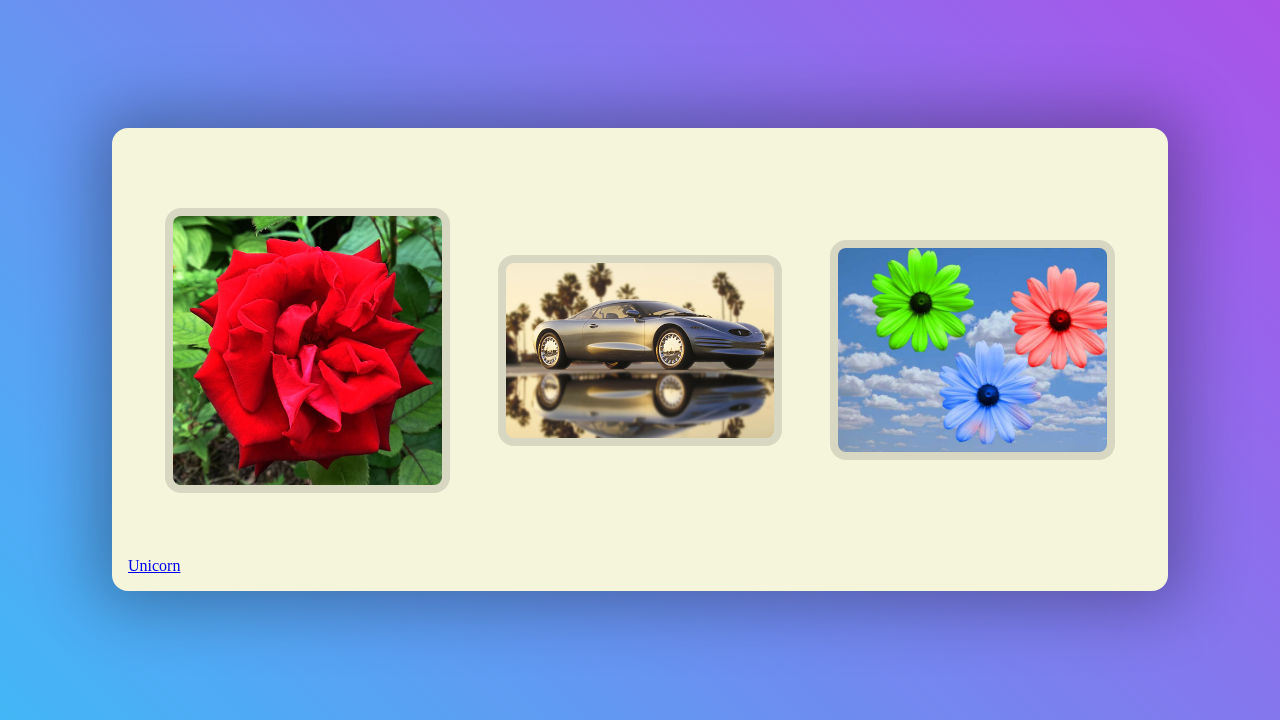
Repository: ViggoSkj/VGY
Page: ovningar/photoshopovning/photoshopovning.html
These files come from the project's save history. The page is drawn as it stood at one moment and after the next save; the edit follows.
The browser window is 1280 px wide. The pictures show the whole page.

Above is the page before, as saved 2022-11-27 12:19:31.

After the next save:
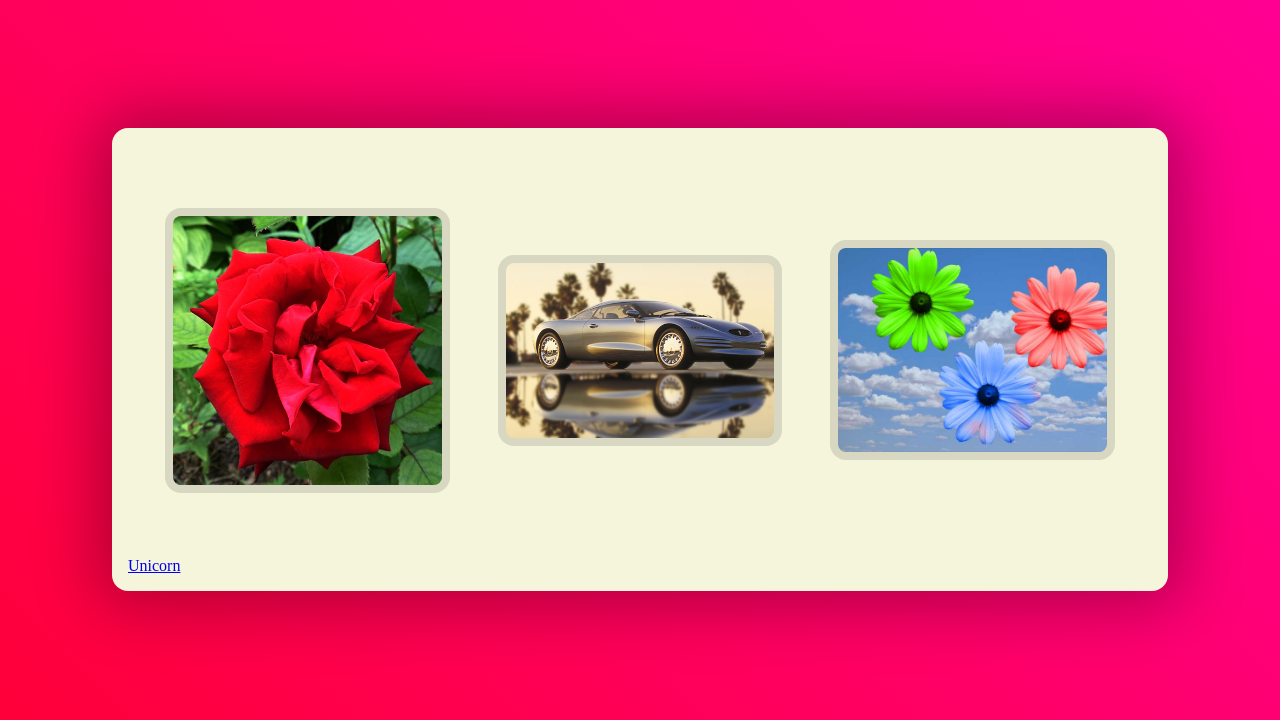
Saved 11 s later.
--- a/ovningar/photoshopovning/public/css/style.css
+++ b/ovningar/photoshopovning/public/css/style.css
@@ -1,6 +1,6 @@
 body
 {
-    background-image: linear-gradient(45deg, rgb(0, 247, 255) 0%, rgb(255, 0, 221) 150%);
+    background-image: linear-gradient(45deg, rgb(255, 0, 0) 0%, rgb(255, 0, 221) 150%);
     background-size: 200% 100%;
     display: flex;
     height: 100%;
